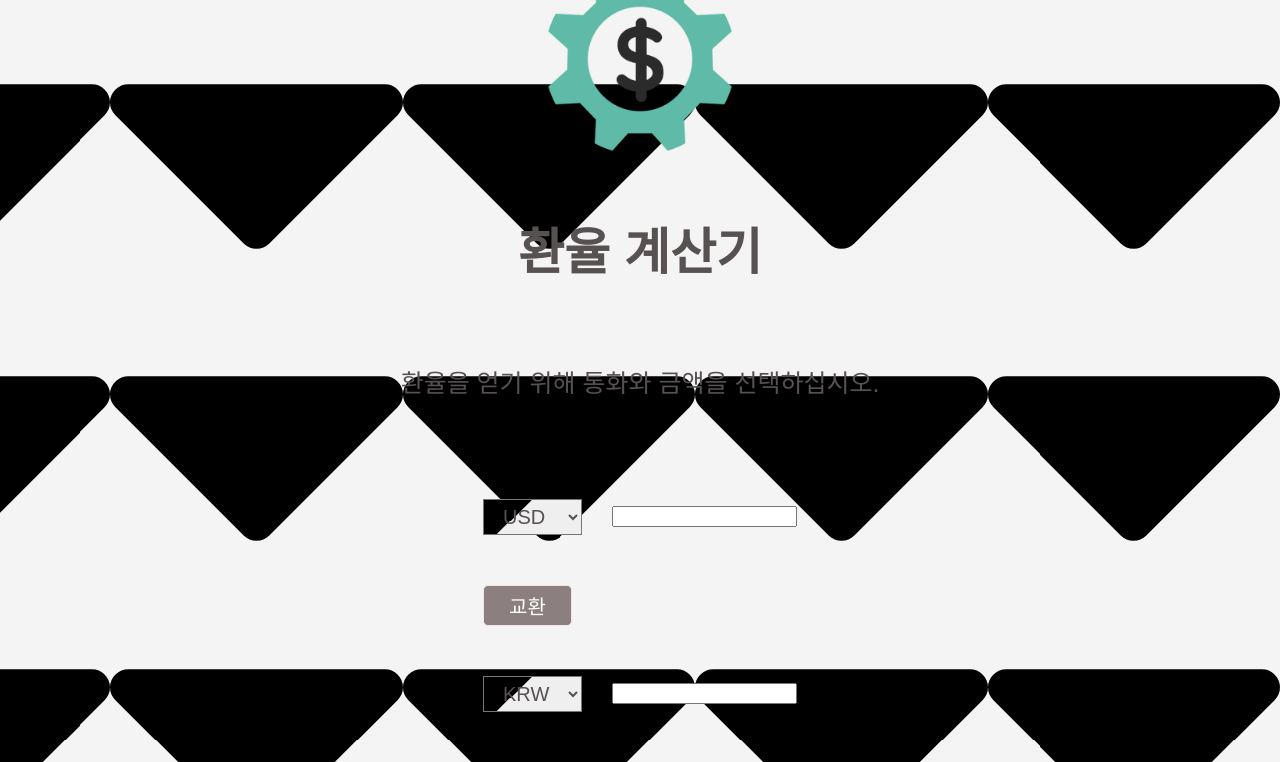
Repository: AbrorjonKuchkarov/exchange-rate
Page: index.html
An editor plug-in stored every save of this project. The page is shown before and after the next save, followed by the edit.
The browser window is 1280 px wide. The pictures show the whole page.

Above is the page before, as saved 2022-02-24 01:39:35.

### index.html
<!DOCTYPE html>
<html lang="en">
<head>
   <meta charset="UTF-8">
   <meta http-equiv="X-UA-Compatible" content="IE=edge">
   <meta name="viewport" content="width=device-width, initial-scale=1.0">
<link rel="stylesheet" href="style.css">
   <title>환율</title>
</head>
<body>
   <img src="img/money.png" alt="">
   <h1>환율 계산기 </h1>
   <p>환율을 얻기 위해 통화와 금액을 선택하십시오.</p>

   <div class="container">
      <div class="currency">
         <select id="selectOne">
            <option value="AED">AED</option>
            <option value="ARS">ARS</option>
            <option value="AUD">AUD</option>
            <option value="BGN">BGN</option>
            <option value="BRL">BRL</option>
            <option value="BSD">BSD</option>
            <option value="CAD">CAD</option>
            <option value="CHF">CHF</option>
            <option value="CLP">CLP</option>
            <option value="CNY">CNY</option>
            <option value="COP">COP</option>
            <option value="CZK">CZK</option>
            <option value="DKK">DKK</option>
            <option value="DOP">DOP</option>
            <option value="EGP">EGP</option>
            <option value="EUR">EUR</option>
            <option value="FJD">FJD</option>
            <option value="GBP">GBP</option>
            <option value="GTQ">GTQ</option>
            <option value="HKD">HKD</option>
            <option value="HRK">HRK</option>
            <option value="HUF">HUF</option>
            <option value="IDR">IDR</option>
            <option value="ILS">ILS</option>
            <option value="INR">INR</option>
            <option value="ISK">ISK</option>
            <option value="JPY">JPY</option>
            <option value="KRW">KRW</option>
            <option value="KZT">KZT</option>
            <option value="MXN">MXN</option>
            <option value="MYR">MYR</option>
            <option value="NOK">NOK</option>
            <option value="NZD">NZD</option>
            <option value="PAB">PAB</option>
            <option value="PEN">PEN</option>
            <option value="PHP">PHP</option>
            <option value="PKR">PKR</option>
            <option value="PLN">PLN</option>
            <option value="PYG">PYG</option>
            <option value="RON">RON</option>
            <option value="RUB">RUB</option>
            <option value="SAR">SAR</option>
            <option value="SEK">SEK</option>
            <option value="SGD">SGD</option>
            <option value="THB">THB</option>
            <option value="TRY">TRY</option>
            <option value="TWD">TWD</option>
            <option value="UAH">UAH</option>
            <option value="USD" selected>USD</option>
            <option value="UYU">UYU</option>
            <option value="VND">VND</option>
            <option value="ZAR">ZAR</option>
         </select>
         <input type="number" class="inputOne" >
      </div>

      <div class="swap">
         <button class="btn">교환</button>
         <div class="rate"></div>
      </div>

      <div class="currency">
         <select id="selectTwo">
         <option value="AED">AED</option>
         <option value="ARS">ARS</option>
         <option value="AUD">AUD</option>
         <option value="BGN">BGN</option>
         <option value="BRL">BRL</option>
         <option value="BSD">BSD</option>
         <option value="CAD">CAD</option>
         <option value="CHF">CHF</option>
         <option value="CLP">CLP</option>
         <option value="CNY">CNY</option>
         <option value="COP">COP</option>
         <option value="CZK">CZK</option>
         <option value="DKK">DKK</option>
         <option value="DOP">DOP</option>
         <option value="EGP">EGP</option>
         <option value="EUR">EUR</option>
         <option value="FJD">FJD</option>
         <option value="GBP">GBP</option>
         <option value="GTQ">GTQ</option>
         <option value="HKD">HKD</option>
         <option value="HRK">HRK</option>
         <option value="HUF">HUF</option>
         <option value="IDR">IDR</option>
         <option value="ILS">ILS</option>
         <option value="INR">INR</option>
         <option value="ISK">ISK</option>
         <option value="JPY">JPY</option>
         <option value="KRW" selected>KRW</option>
         <option value="KZT">KZT</option>
         <option value="MXN">MXN</option>
         <option value="MYR">MYR</option>
         <option value="NOK">NOK</option>
         <option value="NZD">NZD</option>
         <option value="PAB">PAB</option>
         <option value="PEN">PEN</option>
         <option value="PHP">PHP</option>
         <option value="PKR">PKR</option>
         <option value="PLN">PLN</option>
         <option value="PYG">PYG</option>
         <option value="RON">RON</option>
         <option value="RUB">RUB</option>
         <option value="SAR">SAR</option>
         <option value="SEK">SEK</option>
         <option value="SGD">SGD</option>
         <option value="THB">THB</option>
         <option value="TRY">TRY</option>
         <option value="TWD">TWD</option>
         <option value="UAH">UAH</option>
         <option value="USD">USD</option>
         <option value="UYU">UYU</option>
         <option value="VND">VND</option>
         <option value="ZAR">ZAR</option>
      </select>
      <input type="number" class="inputTwo" >
      </div>
   </div>




   <script src="app.js"></script>
</body>
</html>

### style.css
*{
   box-sizing: border-box;
}

body {
   font-family: Arial, Helvetica, sans-serif;
   margin: 0;
   display: flex;
   flex-direction: column;
   align-items: center;
   justify-content: center;
   height: 100vh;
   background-color: #f4f4f4;
   padding: 10px;
   background-image: url('data:[embedded picture, 475 characters]');
   background-position: right 20px;
}

img {
   width: 200px;
}

h1{
   font-size: 50px;
   color: #575151;
   padding: 20px 0;
}

p{
   color: #575151;
   font-size: 25px;
   padding-bottom: 25px;
   text-align: center;
}

.btn{
   padding: 5px 25px;
   border-radius: 5px;
   border: 1px solid #f0e6e6;
   background-color: #8b7f7f;
   color: #fff;
   cursor: pointer;
   font-size: 20px;
}

.currency {
   margin: 30px 0;
   padding: 20px 0;
    display: flex;
   align-items: center;
   justify-content: space-between;
}

#selectOne,
#selectTwo{
   margin-right: 30px;
   font-size: 20px;
   color: #575151;
   padding: 5px 15px;
   background-image: url('data:[embedded picture, 475 characters]');
   background-position: right 10px top 50%;

}

Loaded but not shown: app.js (no copy from this time; the picture is the same without it)

After the next save:
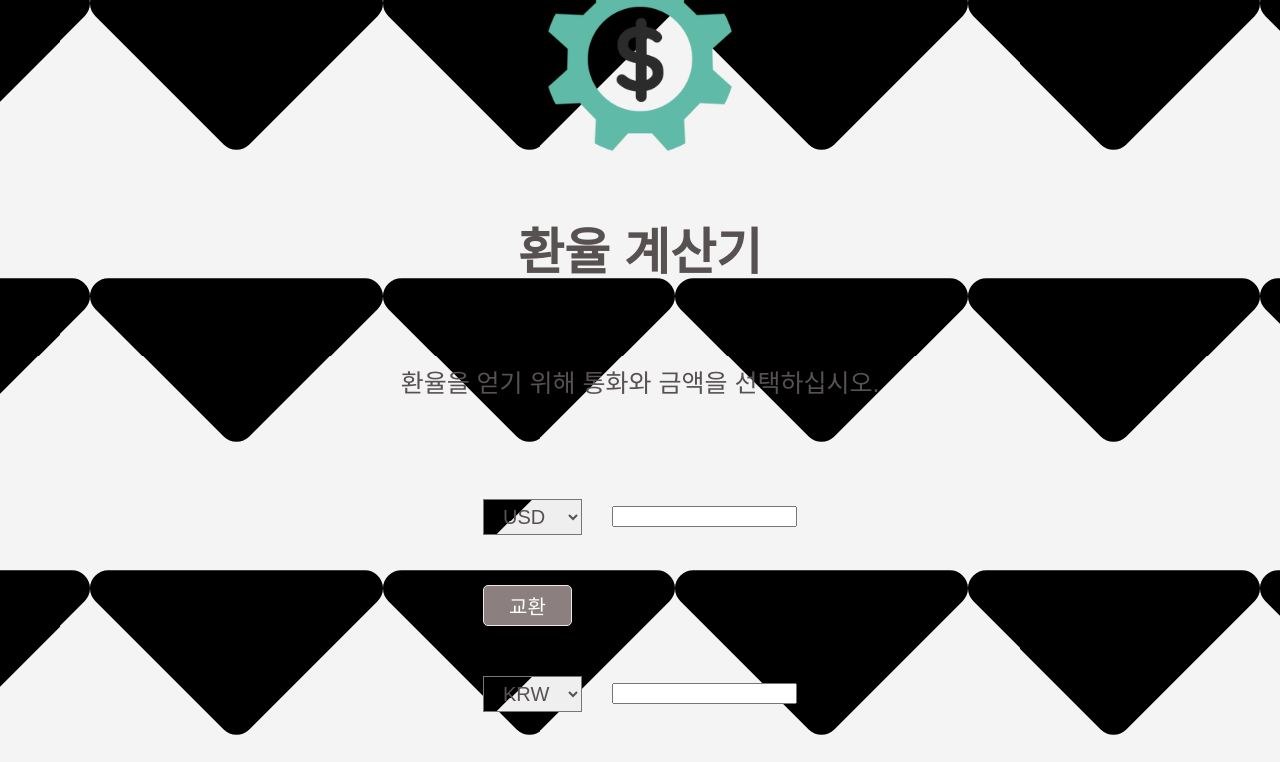
Saved 13 s later.
--- a/style.css
+++ b/style.css
@@ -13,7 +13,7 @@ body {
    background-color: #f4f4f4;
    padding: 10px;
    background-image: url('data:[embedded picture, 475 characters]');
-   background-position: right 20px;
+   background-position: right 20px top 50%;
 }
 
 img {
